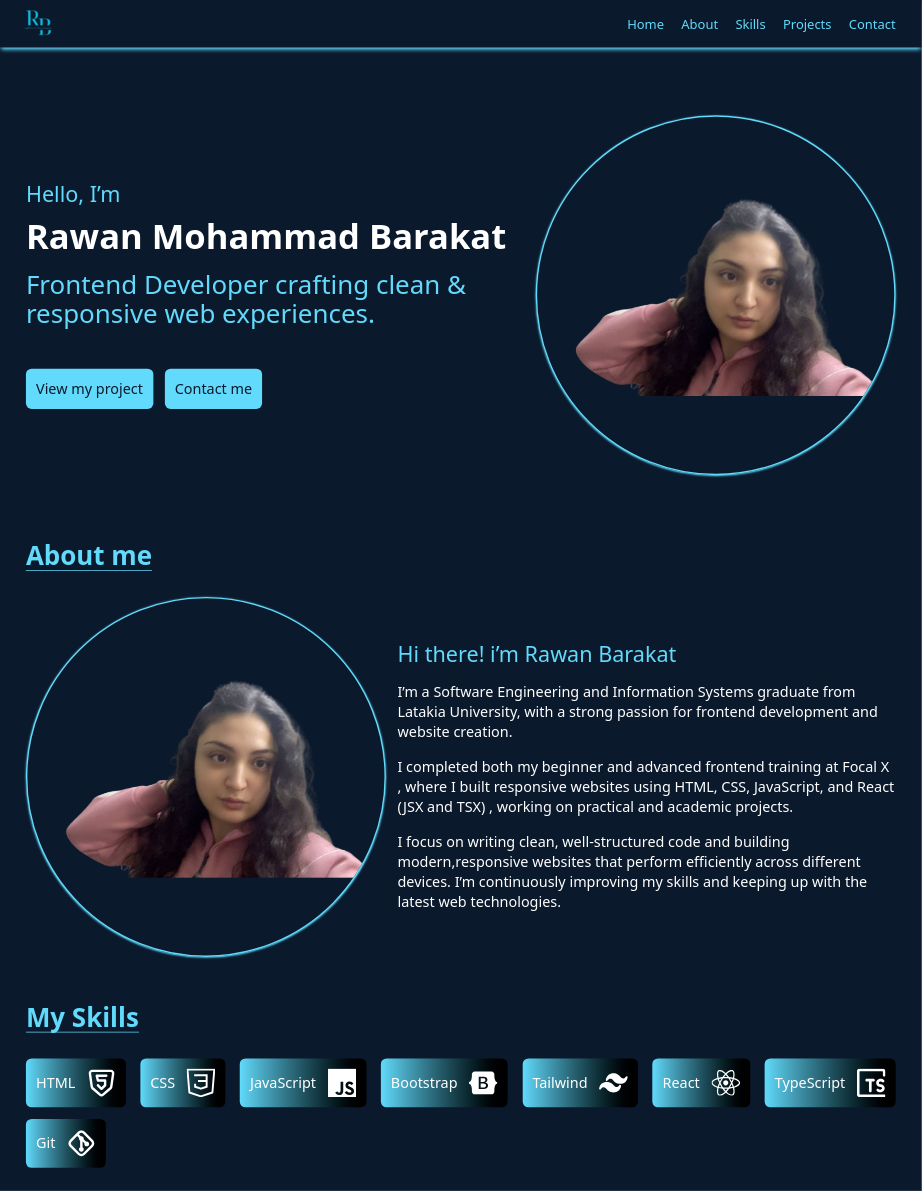
Repository: RawanBarakat-hub/portfolio
Page: /
These files come from the project's save history. The page is drawn as it stood at one moment and after a run of saves; the edit follows.
The browser window is 1280 px wide. The pictures show the whole page, at 72% of full size.
The project was rebuilt for these pictures with package versions that can differ from the ones it lists, and the page was loaded fresh each time. Also part of the build but not shown: vite.config.ts.

Above is the page before, as saved 2026-02-20 10:46:57.

### index.html
<!doctype html>
<html lang="en">
  <head>
    <meta charset="UTF-8" />
    <link rel="icon" type="image/svg+xml" href="/assets/images/photos/logo.png" />
    <meta name="viewport" content="width=device-width, initial-scale=1.0" />
    <title>Rawan's portfolio</title>
  </head>
  <body>
    <div id="root"></div>
    <script type="module" src="/src/main.tsx"></script>
  </body>
</html>

### src/index.css
@import "tailwindcss";
@theme{
    --color-primary-color: #61DAFB;
    --color-background-color: #0b192c;
    --color-hover-color: #85ddf5;
}

### src/App.tsx
import Hero from "./components/Hero"
import Main from "./components/Main"
import NavBar from "./components/NavBar"
import { nav_links } from "./data/data"
import "./index.css"
function App() {

  return (
    <div className="bg-background-color px-9">
      <NavBar logo={{source:"/assets/images/photos/logo.png",alternative:"Logo"}}
      nav_links={nav_links}
      bar_icon={{source:"/assets/images/icons/bars.svg",alternative:"bars"}}
      cancel_icon={{source:"/assets/images/icons/cancel.svg",alternative:"bars"}}
      />
      <Hero/>
      <Main/>
    </div>
  )
}

export default App

### src/components/Hero.tsx
import Image from "./Image"
import LinkBtn from "./LinkBtn"
import WelcomeText from "./WelcomeText"

const Hero = () => {
    return (
        <div className="h-screen pt-35 lg:pt-25 flex flex-col lg:flex-row
        justify-center lg:justify-between items-center gap-5">
            <div className="text-center lg:text-left">
                <WelcomeText text="Hello, I’m"/>
                <h1 className="text-white text-3xl lg:text-5xl mt-3 lg:mt-4
                mb-4 lg:mb-6 font-bold">Rawan Mohammad Barakat</h1>
                <p className="text-primary-color text-2xl lg:text-4xl max-w-2xl
                mb-4 lg:mb-14">Frontend Developer crafting clean & responsive web experiences.</p>
                <div className="flex justify-center lg:justify-start gap-4">
                    <LinkBtn url="" text="View my project"/>
                    <LinkBtn url="" text="Contact me"/>
                </div>
            </div>
            <Image source="/assets/images/photos/rawan.png" alternative="rawan"/>
        </div>
    )
}

export default Hero

### src/components/Main.tsx
import SectionAbout from "./SectionAbout"
import SectionSkills from "./SectionSkills"

const Main = () => {
    return (
        <main>
            <SectionAbout/>
            <SectionSkills/>
        </main>
    )
}

export default Main

### src/components/NavBar.tsx
import { NavLink } from "react-router-dom"
import type { NavProps } from "../interfaces"
import { useState } from "react"

const NavBar = ({logo,nav_links,bar_icon,cancel_icon}:NavProps) => {
    const [show,setShow]=useState<boolean>(true)
    return (
        <div>
            <nav className="flex justify-between pl-5 pr-9 items-center fixed top-0
            w-full left-0 bg-background-color shadow-md shadow-primary-color">
                <div className="">
                    <img className="" src={logo.source} alt={logo.alternative} />
                </div>
                <div className="hidden lg:block">
                    <ul className="flex gap-6">
                        {nav_links?.map((link,index)=>{
                            return <li key={index}>
                                <NavLink className="text-primary-color text-[18px] font-medium"
                                to={link?.url}>{link?.text}</NavLink>
                            </li>
                        })}
                    </ul>
                </div>
                <button onClick={()=>setShow(!show)}
                className="block lg:hidden"><img src={`${show?bar_icon.source:cancel_icon.source}`}
                alt={`${show?bar_icon.alternative:cancel_icon.alternative}`} /></button>
            </nav>
            <div className={`${show ? "-left-full" :"left-1/2"} absolute top-16.5
            -translate-x-1/2 py-3.5 bg-background-color w-full transition-all`}>
                <ul className="text-center">
                        {nav_links?.map((link,index)=>{
                            return <li key={index} className="mb-4">
                                <NavLink className="text-primary-color text-[18px] font-medium"
                                to={link?.url}>{link?.text}</NavLink>
                            </li>
                        })}
                    </ul>
            </div>
        </div>
    )
}

export default NavBar

### src/data/data.ts
export const nav_links=[
    {
        url:"/",
        text:"Home"
    },
    {
        url:"/",
        text:"About"
    },
    {
        url:"/",
        text:"Skills"
    },
    {
        url:"/",
        text:"Projects"
    },
    {
        url:"/",
        text:"Contact"
    }
]
export const skills=[
    {
        image:{
            source:"/assets/images/icons/html.svg",
            alternative:"HTMl icon"
        },
        link:{
            url:"https://www.w3schools.com/html/default.asp",
            text:"HTML"
        }
    },
    {
        image:{
            source:"/assets/images/icons/css3.svg",
            alternative:"CSS icon"
        },
        link:{
            url:"https://www.w3schools.com/css/default.asp",
            text:"CSS"
        }
    },
    {
        image:{
            source:"/assets/images/icons/js.svg",
            alternative:"JavaScript icon"
        },
        link:{
            url:"https://www.w3schools.com/js/default.asp",
            text:"JavaScript "
        }
    },
    {
        image:{
            source:"/assets/images/icons/bootstrap.svg",
            alternative:"Bootstrap icon"
        },
        link:{
            url:"https://www.w3schools.com/bootstrap/bootstrap_ver.asp",
            text:"Bootstrap"
        }
    },
    {
        image:{
            source:"/assets/images/icons/tailwind.svg",
            alternative:"Taileind icon"
        },
        link:{
            url:"https://tailwindcss.com/",
            text:"Tailwind"
        }
    },
    {
        image:{
            source:"/assets/images/icons/react.svg",
            alternative:"React icon"
        },
        link:{
            url:"https://www.w3schools.com/react/default.asp",
            text:"React"
        }
    },
    {
        image:{
            source:"/assets/images/icons/ts.svg",
            alternative:"TypeScript icon"
        },
        link:{
            url:"https://www.w3schools.com/typescript/index.php",
            text:"TypeScript"
        }
    },
    {
        image:{
            source:"/assets/images/icons/git.svg",
            alternative:"Git icon"
        },
        link:{
            url:"https://www.w3schools.com/git/default.asp",
            text:"Git"
        }
    }
]

### src/components/Image.tsx
import type { ImageProps } from '../interfaces'

const Image = ({source,alternative}:ImageProps) => {
    return (
        <div className='w-125 h-125 rounded-full border-2 border-primary-color
            shadow-sm shadow-primary-color flex justify-center items-center overflow-hidden
            shrink-0'>
            <img src={source} alt={alternative} />
        </div>
    )
}

export default Image

### src/components/LinkBtn.tsx
import { Link } from 'react-router-dom'
import { type LinkProps } from '../interfaces'
const LinkBtn = ({url,text,image}:LinkProps) => {
    return (
            <Link className={`${image?"text-white bg-linear-to-r from-primary-color to-black font-medium  hover:scale-120":
                "bg-primary-color hover:bg-hover-color"}
            text-xl text-background-color p-3.5 rounded-lg w-fit flex items-center
            gap-4 transition-all`} to={url}>{text}
            {image && <img className='w-10' src={image?.source} alt={image?.alternative} />}</Link>
    )
}

export default LinkBtn

### src/components/WelcomeText.tsx

const WelcomeText = ({text}:{text:string}) => {
    return (
        <p className="text-primary-color text-xl lg:text-3xl
        font-medium">{text}</p>
    )
}

export default WelcomeText

### src/components/SectionAbout.tsx
import Description from "./Description"
import Image from "./Image"
import TitleSection from "./TitleSection"
import WelcomeText from "./WelcomeText"

const SectionAbout = () => {
    return (
        <section className="py-15 lg:py-8 text-center lg:text-left">
            <TitleSection title="About me"/>
            <div className="flex flex-col lg:flex-row
                justify-center lg:justify-between items-center
                gap-4">
                <Image source="/assets/images/photos/rawan.png" alternative="rawan"/>
                <div className="max-w-3xl">
                    <WelcomeText text="Hi there! i’m Rawan Barakat"/>
                    <Description text="I’m a Software Engineering and Information Systems
                        graduate from Latakia University, with a strong passion
                        for frontend development and website creation."/>
                    <Description text="I completed both my beginner
                        and advanced frontend training at Focal X ,
                        where I built responsive websites using HTML, CSS, JavaScript,
                        and React (JSX and TSX) , working on practical and academic projects."/>
                    <Description text="I focus on writing clean, well-structured
                    code and building modern,responsive websites that perform efficiently across different
                    devices. I’m continuously improving my skills and keeping up with the latest web
                    technologies."/>
                </div>
            </div>
        </section>
    )
}

export default SectionAbout

### src/components/SectionSkills.tsx
import { skills } from "../data/data"
import Container from "./Container"
import LinkBtn from "./LinkBtn"
import TitleSection from "./TitleSection"

const SectionSkills = () => {
    return (
        <section className="py-15 lg:py-8 ">
            <TitleSection title="My Skills"/>
            <Container>
                {
                    skills.map((skill,index)=>{
                        return <LinkBtn key={index} url={skill.link.url}
                        text={skill.link.text} image={skill.image}/>
                    })
            }
            </Container>
        </section>
    )
}

export default SectionSkills

### src/components/Description.tsx

const Description = ({text}:{text:string}) => {
    return (
        <p className="text-white text-xl mt-5">{text}</p>
    )
}

export default Description

### src/components/TitleSection.tsx
import type { TitleSectionProp } from "../interfaces"

const TitleSection = ({title}:TitleSectionProp) => {
    return (
        <h2 className="text-xl lg:text-4xl text-primary-color font-semibold
        mb-4 lg:mb-9 w-fit border-b border-primary-color">{title}</h2>
    )
}

export default TitleSection

### src/components/Container.tsx
import type { ContainerProps } from "../interfaces"

const Container = ({children}:ContainerProps) => {
    return (
        <div className="flex justify-between flex-wrap gap-4">{children}</div>
    )
}

export default Container

### src/components/SectionProjects.tsx
import TitleSection from "./TitleSection"

const SectionProjects = () => {
    return (
        <section className="py-15 lg:py-8">
            <TitleSection title="My Projects"/>
        </section>
    )
}

export default SectionProjects

Loaded but not shown: src/main.tsx (common file)

After the next 4 saves:
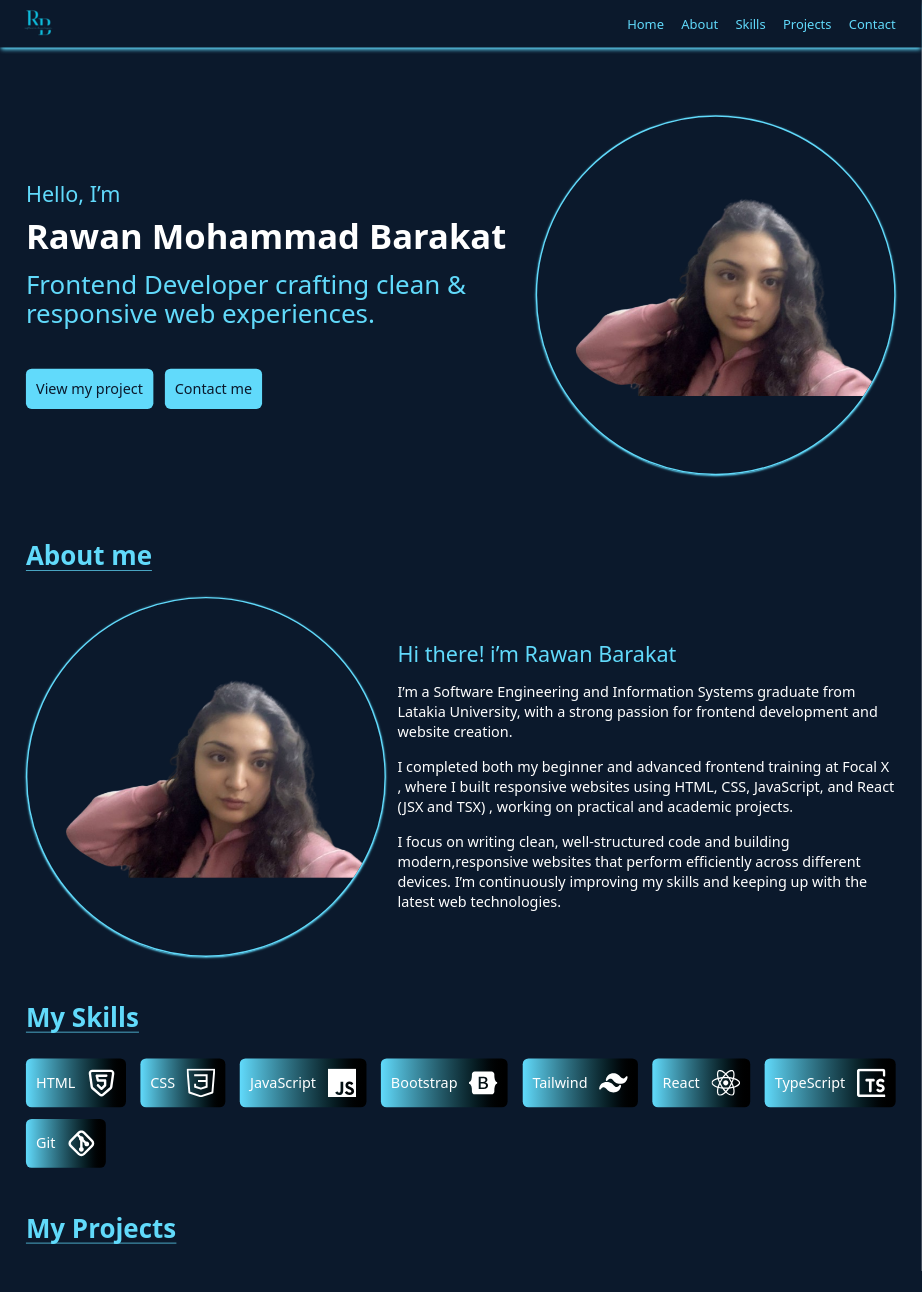
The 4 saves are shown as one change because they came seconds apart.
The last was saved 42 s later.
--- a/src/components/Main.tsx
+++ b/src/components/Main.tsx
@@ -1,4 +1,5 @@
 import SectionAbout from "./SectionAbout"
+import SectionProjects from "./SectionProjects"
 import SectionSkills from "./SectionSkills"
 
 const Main = () => {
@@ -6,6 +7,7 @@ const Main = () => {
         <main>
             <SectionAbout/>
             <SectionSkills/>
+            <SectionProjects/>
         </main>
     )
 }
